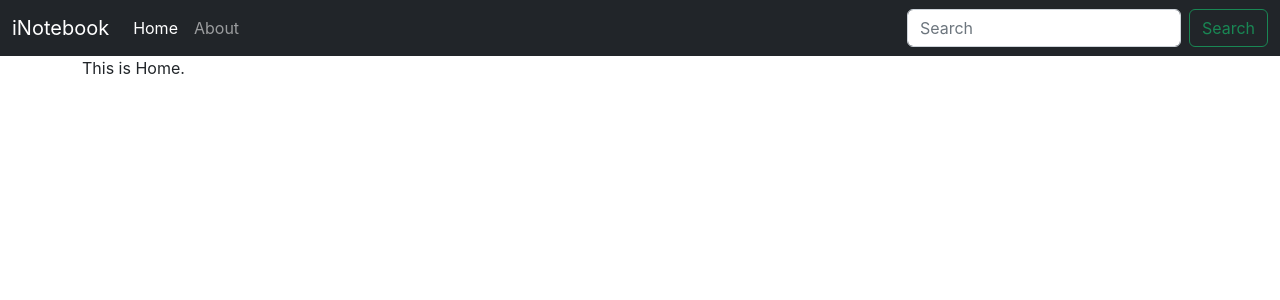
Repository: SatishPatil108/iNotebook-React
Page: /
An editor plug-in stored every save of this project. The page is shown before and after the next save, followed by the edit.
The browser window is 1280 px wide. The pictures show the whole page.
The project was rebuilt for these pictures with package versions that can differ from the ones it lists, and the page was loaded fresh each time. Also part of the build but not shown: src/App.css, src/components/About.js.

Above is the page before, as saved 2022-07-23 17:29:53.

After the next save:
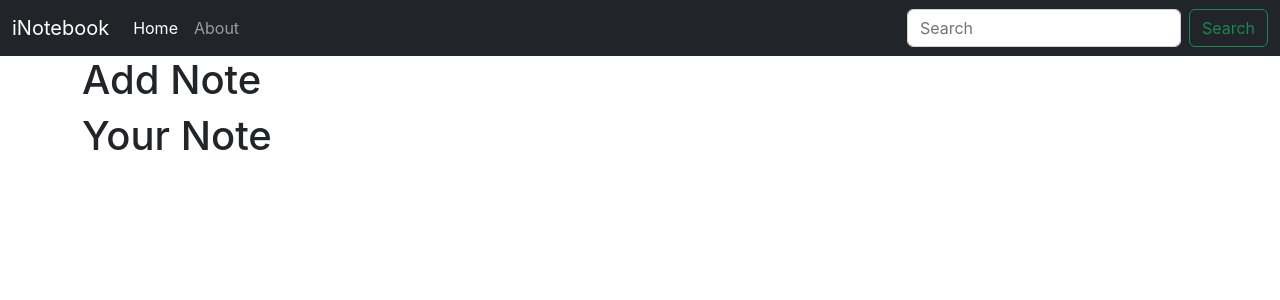
Saved 4 min 12 s later.
--- a/src/components/Home.js
+++ b/src/components/Home.js
@@ -3,7 +3,8 @@
 const Home = () => {
     return (
         <div>
-            This is Home.
+            <h1>Add Note</h1>
+            <h1>Your Note</h1>
         </div>
     )
 }
